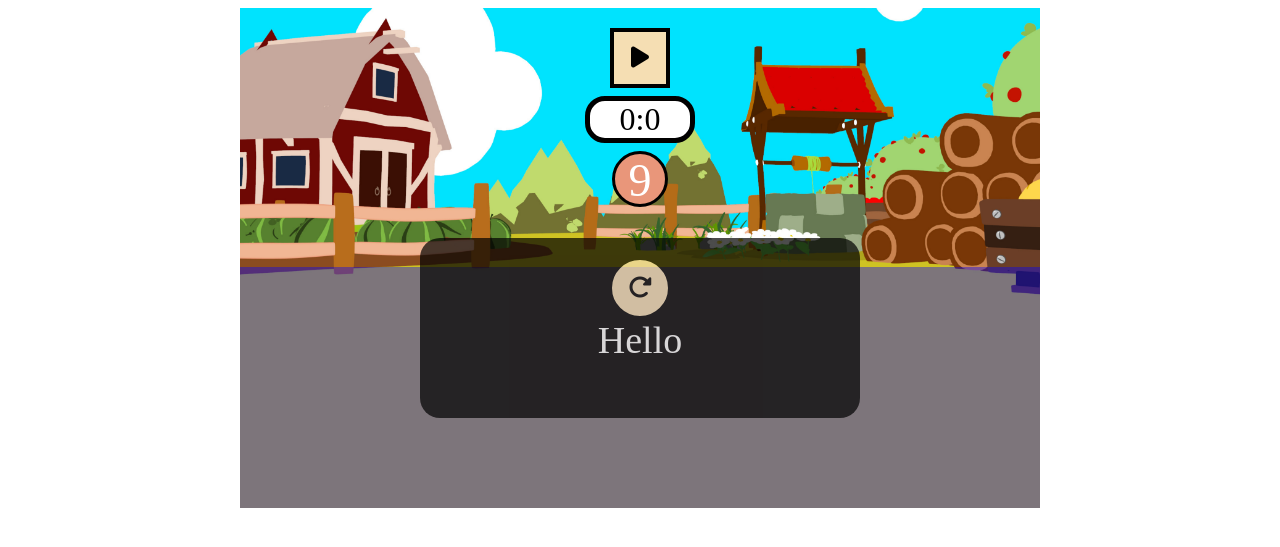
Repository: yoon-dh/JS_Prac
Page: carrot_game/index.html
An editor plug-in stored every save of this project. The page is shown before and after the next save, followed by the edit.
The browser window is 1280 px wide. The pictures show the whole page.
Some web libraries are served in a nearby version.

Above is the page before, as saved 2023-06-23 21:55:46.

### carrot_game/index.html
<!DOCTYPE html>
<html lang="en">
  <head>
    <meta charset="UTF-8" />
    <meta http-equiv="X-UA-Compatible" content="IE=edge" />
    <meta name="viewport" content="width=device-width, initial-scale=1.0" />
    <link rel="stylesheet" href="style.css" />
    <script src="main.js"></script>
    <script
      src="https://kit.fontawesome.com/c0bdee06fd.js"
      crossorigin="anonymous"
    ></script>
    <link
      href="https://cdnjs.cloudflare.com/ajax/libs/font-awesome/6.4.0/css/all.min.css"
      rel="stylesheet"
    />
    <title>Carrot Game</title>
  </head>
  <body>
    <section class="game">
      <header class="game__header">
        <button class="game__button">
          <i class="fa-solid fa-play"></i>
        </button>
        <span class="game__tiemr">0:0</span>
        <span class="game__score">9</span>
      </header>
      <section class="game__field"></section>
    </section>
    <section class="pop-up">
      <button class="pop-up__refresh">
        <i class="fas fa-regular fa-rotate-right"></i>
      </button>
      <span class="pop-up__message">Hello</span>
    </section>
  </body>
</html>

### carrot_game/style.css
button {
  border: none;
  outline: none;
  cursor: pointer;
}

body {
  text-align: center;
}

.game {
  width: 800px;
  height: 500px;
  background: url(img/background.png) center/cover;
  display: flex;
  flex-direction: column;
  margin: auto;
}

.game__header {
  display: flex;
  flex-direction: column;
  padding: 20px;
  align-items: center;
}

.game__button {
  width: 60px;
  height: 60px;
  background-color: wheat;
  border: 4px solid black;
  font-size: 24px;
  transition: transform 300ms ease-in;
}

.game__button:hover {
  transform: scale(1.1);
}

.game__tiemr {
  width: 100px;
  background-color: white;
  text-align: center;
  border: 5px solid black;
  font-size: 32px;
  margin-top: 8px;
  border-radius: 20px;
}

.game__score {
  width: 50px;
  height: 50px;
  margin-top: 8px;
  font-size: 46px;
  background-color: darksalmon;
  color: white;
  border-radius: 50%;
  border: 3px solid black;
  text-align: center;
}

.game__field {
  width: 100%;
  height: 100%;
  background-color: blue;
  margin-top: 40px;
  opacity: 0.4;
}

/* pop-up */

.pop-up {
  width: 400px;
  height: 140px;
  padding: 20px;
  margin: auto;
  background-color: black;
  opacity: 0.7;
  color: white;
  text-align: center;
  transform: translateY(-150%);
  border-radius: 20px;
}

.pop-up__refresh {
  width: 60px;
  height: 60px;
  font-size: 24px;
  background-color: wheat;
  border: 2px solid black;
  border-radius: 50%;
}

.pop-up__message {
  display: block;
  font-size: 38px;
}

Loaded but not shown: carrot_game/main.js (no stored copy; drawn as an empty file)

After the next save:
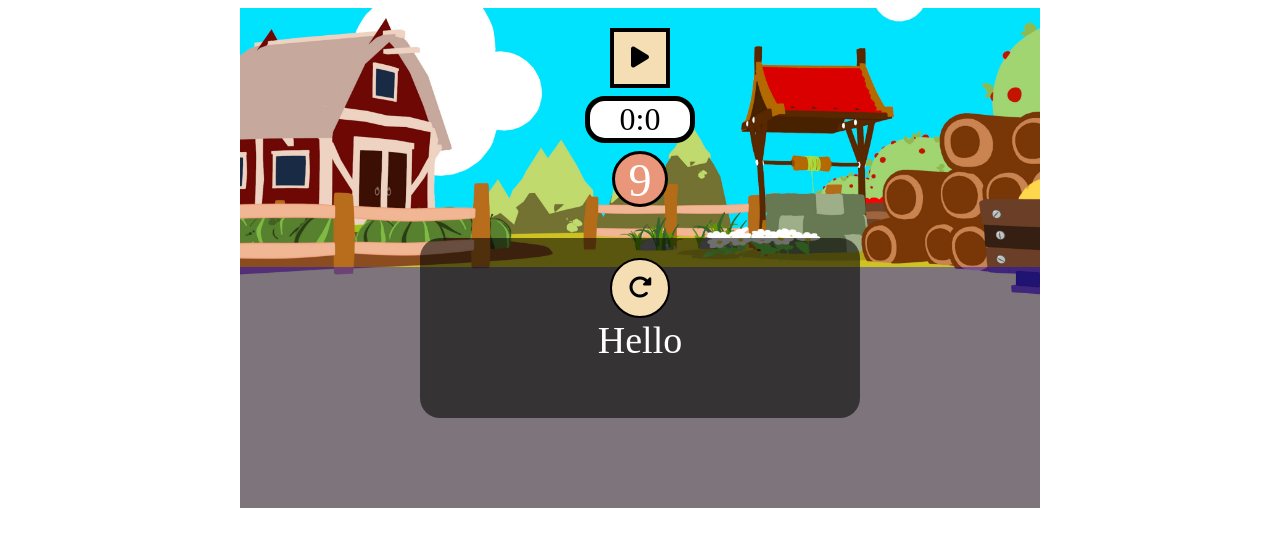
Saved 16 s later.
--- a/carrot_game/style.css
+++ b/carrot_game/style.css
@@ -74,8 +74,7 @@ body {
   height: 140px;
   padding: 20px;
   margin: auto;
-  background-color: black;
-  opacity: 0.7;
+  background-color: #00000090;
   color: white;
   text-align: center;
   transform: translateY(-150%);
